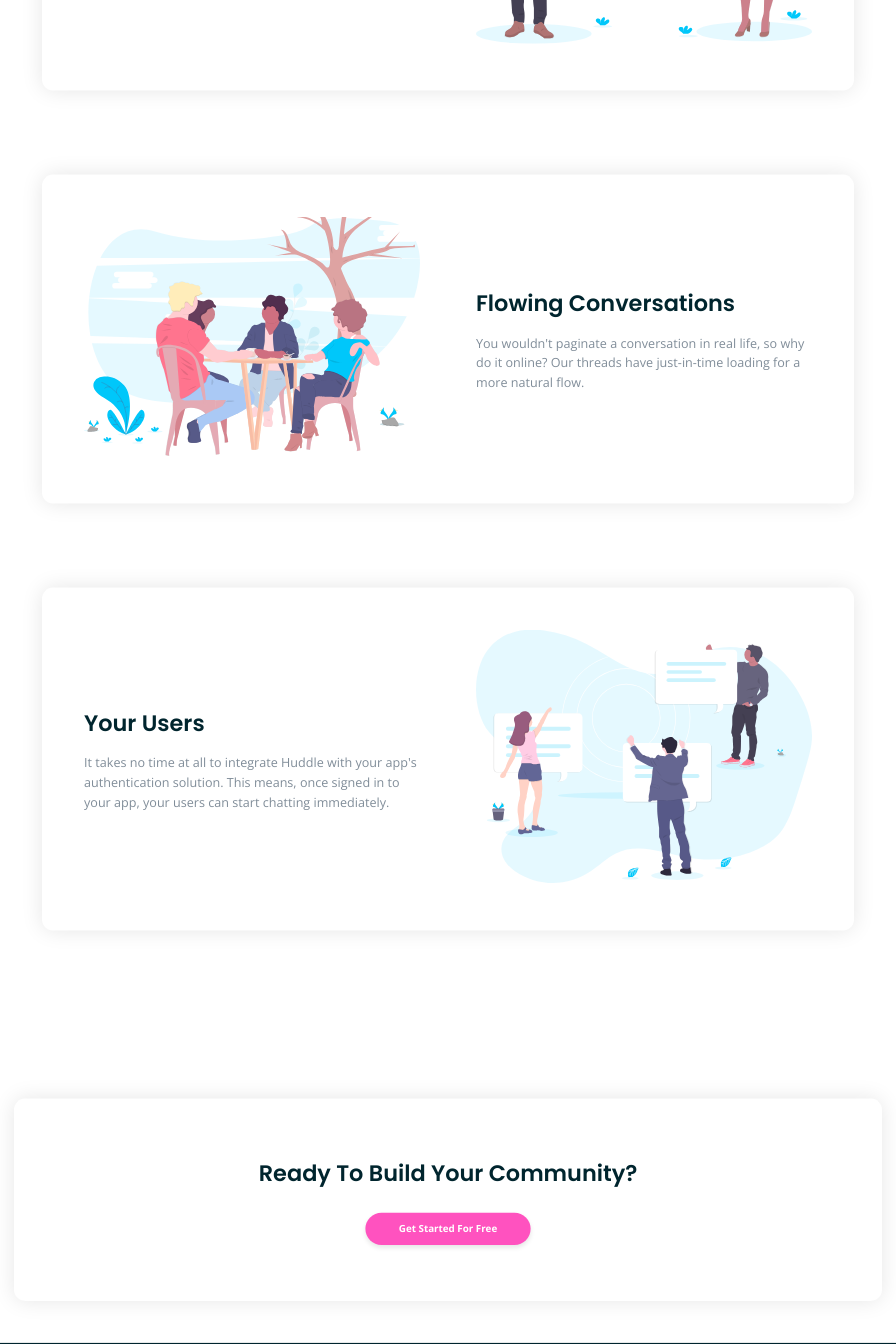
Repository: blordeus/huddle-landing-page
Page: index.html
These files come from the project's save history. The page is drawn as it stood at one moment and after the next save; the edit follows.
The browser window is 1280 px wide. The pictures show the part of the page from y = 1198 to 3118 px (the page is 3686 px tall before and 3506 px after), at 70% of full size.

Above is the page before, as saved 2025-07-01 11:08:44.

### index.html
<!DOCTYPE html>
<html lang="en">
<head>
  <meta charset="UTF-8">
  <meta name="viewport" content="width=device-width, initial-scale=1.0">
  <link rel="icon" type="image/png" sizes="32x32" href="./images/favicon-32x32.png">
  <title>Frontend Mentor | Huddle landing page with alternating feature blocks</title>

  <!-- Google Fonts -->
  <link rel="preconnect" href="https://fonts.googleapis.com">
  <link rel="preconnect" href="https://fonts.gstatic.com" crossorigin>
  <link href="https://fonts.googleapis.com/css2?family=Poppins:wght@600&family=Open+Sans:wght@400;700&display=swap" rel="stylesheet">
  <link rel="stylesheet" type="text/css" href="styles.css" />

  <!-- Font Awesome for social icons -->
  <link rel="stylesheet" href="https://cdnjs.cloudflare.com/ajax/libs/font-awesome/6.0.0/css/all.min.css">
</head>

<body>
  <!-- Header -->
  <header class="header">
    <div class="container">
      <div class="header-content">
        <img src="./images/logo.svg" alt="Logo">
        <a href="#" class="btn btn-outline">Try It Free</a>
      </div>
    </div>
  </header>

  <!-- Hero Section -->
  <section class="hero">
    <div class="container">
      <div class="hero-content">
        <div class="hero-text">
          <h1>Build The Community Your Fans Will Love</h1>
          <p>Huddle re-imagines the way we build communities. You have a voice, but so does your audience. Create connections with your users as you engage in genuine discussion.</p>
          <a href="#" class="btn">Get Started For Free</a>
        </div>
        <div class="hero-image">
          <img src="./images/illustration-mockups.svg" alt="Desktop and mobile chat interface showing community conversations">
        </div>
      </div>
    </div>
  </section>

  <!-- Features Section -->
  <section class="features">
    <div class="container">
      <div class="feature">
        <div class="feature-content">
          <h2>Grow Together</h2>
          <p>Generate meaningful discussions with your audience and build a strong, loyal community. Think of the insightful conversations you miss out on with a feedback form.</p>
        </div>
        <div class="feature-image">
          <img src="./images/illustration-grow-together.svg" alt="Illustration of people having meaningful conversations and building community">
        </div>
      </div>

      <div class="feature">
        <div class="feature-content">
          <h2>Flowing Conversations</h2>
          <p>You wouldn't paginate a conversation in real life, so why do it online? Our threads have just-in-time loading for a more natural flow.</p>
        </div>
        <div class="feature-image">
          <img src="./images/illustration-flowing-conversation.svg" alt="Illustration of natural flowing conversation interface with seamless chat threads">
        </div>
      </div>

      <div class="feature">
        <div class="feature-content">
          <h2>Your Users</h2>
          <p>It takes no time at all to integrate Huddle with your app's authentication solution. This means, once signed in to your app, your users can start chatting immediately.</p>
        </div>
        <div class="feature-image">
          <img src="./images/illustration-your-users.svg" alt="Illustration showing easy user authentication and immediate chat access">
        </div>
      </div>
    </div>
  </section>

  <!-- Call to Action -->
  <section class="cta">
    <div class="container">
      <h2>Ready To Build Your Community?</h2>
      <a href="#" class="btn">Get Started For Free</a>
    </div>
  </section>

  <!-- Footer -->
  <footer class="footer">
    <div class="container">
      <div class="footer-content">
        <div class="footer-info">
          <a href="#" class="footer-logo">
            <img src="./images/logo.svg" alt="">
          </a>
          <div class="contact-info">
            <div class="contact-item">
              <i class="fas fa-map-marker-alt"></i>
              <p>Lorem ipsum dolor sit amet, consectetur adipiscing elit, sed do eiusmod tempor incididunt ut labore et dolore magna aliqua</p>
            </div>
            <div class="contact-item">
              <i class="fas fa-phone"></i>
              <p>+1-543-123-4567</p>
            </div>
            <div class="contact-item">
              <i class="fas fa-envelope"></i>
              <p>example@huddle.com</p>
            </div>
          </div>
        </div>

        <div class="footer-links">
          <a href="#">About Us</a>
          <a href="#">What We Do</a>
          <a href="#">FAQ</a>
        </div>

        <div class="footer-links">
          <a href="#">Career</a>
          <a href="#">Blog</a>
          <a href="#">Contact Us</a>
        </div>

        <div class="social-icons">
          <a href="#" class="social-icon" aria-label="Facebook">
            <i class="fab fa-facebook-f"></i>
          </a>
          <a href="#" class="social-icon" aria-label="Twitter">
            <i class="fab fa-twitter"></i>
          </a>
          <a href="#" class="social-icon" aria-label="Instagram">
            <i class="fab fa-instagram"></i>
          </a>
        </div>
      </div>

      <div class="copyright">
        <p>&copy; Copyright 2018 Huddle. All rights reserved.</p>
      </div>
    </div>

    <p class="attribution">
      Challenge by <a href="https://www.frontendmentor.io?ref=challenge" target="_blank">Frontend Mentor</a>.
      Coded by <a href="#">Your Name Here</a>.
    </p>
  </footer>
</body>
</html>

### styles.css
    * {
      margin: 0;
      padding: 0;
      box-sizing: border-box;
    }

    body {
      font-family: 'Open Sans', sans-serif;
      font-size: 18px;
      line-height: 1.6;
      color: hsl(192, 100%, 9%);
    }

    .container {
      max-width: 1200px;
      margin: 0 auto;
      padding: 0 20px;
    }

    /* Header */
    .header {
      background: hsl(193, 100%, 96%);
      padding: 24px 0;
    }

    .header-content {
      display: flex;
      justify-content: space-between;
      align-items: center;
    }

    .header-content img {
      height: 40px;
    }

    .btn {
      background: hsl(322, 100%, 66%);
      color: white;
      border: none;
      padding: 12px 48px;
      border-radius: 24px;
      font-family: 'Open Sans', sans-serif;
      font-weight: 700;
      font-size: 14px;
      cursor: pointer;
      text-decoration: none;
      display: inline-block;
      transition: opacity 0.3s ease;
      box-shadow: 0 4px 8px rgba(0, 0, 0, 0.1);
    }

    .btn:hover {
      opacity: 0.8;
    }

    .btn-outline {
      background: white;
      box-shadow: 0 4px 8px rgba(0, 0, 0, 0.1);
      color: #00252E;
    }

    .btn-outline:hover {
      color: #808E9A;
    }

    /* Hero Section */
    .hero {
      background: hsl(199, 100%, 96%);
      background-image: url('./images/bg-hero.svg');
      background-size: cover;
      background-position: center;
      padding: 80px 0 120px;
    }

    .hero-content {
      display: grid;
      grid-template-columns: 1fr 1fr;
      gap: 80px;
      align-items: center;
    }

    .hero-text h1 {
      font-family: 'Poppins', sans-serif;
      font-weight: 600;
      font-size: 48px;
      line-height: 1.2;
      margin-bottom: 24px;
      color: hsl(192, 100%, 9%);
    }

    .hero-text p {
      font-size: 18px;
      color: hsl(192, 100%, 9%);
      margin-bottom: 32px;
      line-height: 1.6;
    }

    .hero-image {
      text-align: center;
    }

    .hero-image img {
      max-width: 100%;
      height: auto;
    }

    /* Features Section */
    .features {
      padding: 120px 0;
    }

    .feature {
      display: grid;
      grid-template-columns: 1fr 1fr;
      gap: 80px;
      align-items: center;
      margin-bottom: 120px;
      background: white;
      padding: 60px;
      border-radius: 16px;
      box-shadow: 0 0 30px rgba(0, 0, 0, 0.1);
    }

    .feature:nth-child(even) .feature-content {
      order: 2;
    }

    .feature:nth-child(even) .feature-image {
      order: 1;
    }

    .feature h2 {
      font-family: 'Poppins', sans-serif;
      font-weight: 600;
      font-size: 32px;
      margin-bottom: 16px;
      color: hsl(192, 100%, 9%);
    }

    .feature p {
      color: hsl(208, 11%, 55%);
      line-height: 1.6;
    }

    .feature-image {
      text-align: center;
    }

    .feature-image img {
      max-width: 100%;
      height: auto;
    }

    /* Call to Action */
    .cta {
      text-align: center;
      padding: 80px 0;
      background: white;
      margin: 0 20px;
      border-radius: 16px;
      box-shadow: 0 0 30px rgba(0, 0, 0, 0.1);
      position: relative;
      z-index: 2;
      margin-bottom: 60px; /* Overlap with features section */
    }

    .cta h2 {
      font-family: 'Poppins', sans-serif;
      font-weight: 600;
      font-size: 32px;
      margin-bottom: 32px;
      color: hsl(192, 100%, 9%);
    }

    /* Footer */
    .footer {
      background: hsl(192, 100%, 9%);
      color: white;
      padding: 120px 0 40px;
    }

    .footer-content {
      display: grid;
      grid-template-columns: 2fr 1fr 1fr 1fr;
      gap: 60px;
      margin-bottom: 40px;
    }

    .footer-logo {
      display: flex;
      align-items: center;
      gap: 8px;
      font-family: 'Poppins', sans-serif;
      font-weight: 600;
      font-size: 24px;
      color: white;
      text-decoration: none;
      margin-bottom: 24px;
    }

    .footer-logo .logo-icon {
      background: white;
      color: hsl(322, 100%, 66%);
    }

    .contact-info {
      display: flex;
      flex-direction: column;
      gap: 16px;
    }

    .contact-item {
      display: flex;
      align-items: flex-start;
      gap: 16px;
    }

    .contact-item i {
      margin-top: 4px;
      width: 16px;
    }

    .footer-links {
      display: flex;
      flex-direction: column;
      gap: 12px;
    }

    .footer-links a {
      color: white;
      text-decoration: none;
      transition: color 0.3s ease;
    }

    .footer-links a:hover {
      color: hsl(322, 100%, 66%);
    }

    .social-icons {
      display: flex;
      gap: 16px;
      justify-content: center;
    }

    .social-icon {
      width: 40px;
      height: 40px;
      border: 1px solid white;
      border-radius: 50%;
      display: flex;
      align-items: center;
      justify-content: center;
      color: white;
      text-decoration: none;
      transition: all 0.3s ease;
    }

    .social-icon:hover {
      color: hsl(322, 100%, 66%);
      border-color: hsl(322, 100%, 66%);
    }

    .copyright {
      text-align: center;
      font-size: 14px;
      color: hsl(208, 11%, 55%);
      padding-top: 40px;
      border-top: 1px solid hsl(208, 11%, 55%);
    }

    .attribution {
      font-size: 11px;
      text-align: center;
      margin-top: 20px;
    }

    .attribution a {
      color: hsl(228, 45%, 44%);
    }

    /* Responsive Design */
    @media (max-width: 768px) {
      .container {
        padding: 0 16px;
      }

      .hero {
        background-image: url('./images/bg-hero.svg');
      }

      .header-content {
        flex-direction: column;
        gap: 20px;
      }

      .hero-content {
        grid-template-columns: 1fr;
        gap: 40px;
        text-align: center;
      }

      .hero-text h1 {
        font-size: 32px;
      }

      .feature {
        grid-template-columns: 1fr;
        gap: 40px;
        padding: 40px 20px;
        text-align: center;
      }

      .feature:nth-child(even) .feature-content,
      .feature:nth-child(even) .feature-image {
        order: unset;
      }

      .footer-content {
        grid-template-columns: 1fr;
        gap: 40px;
        text-align: center;
      }

      .social-icons {
        justify-content: center;
      }

      .cta {
        margin: 0 16px;
        padding: 40px 20px;
      }

      .cta h2 {
        font-size: 24px;
      }
    }

After the next save:
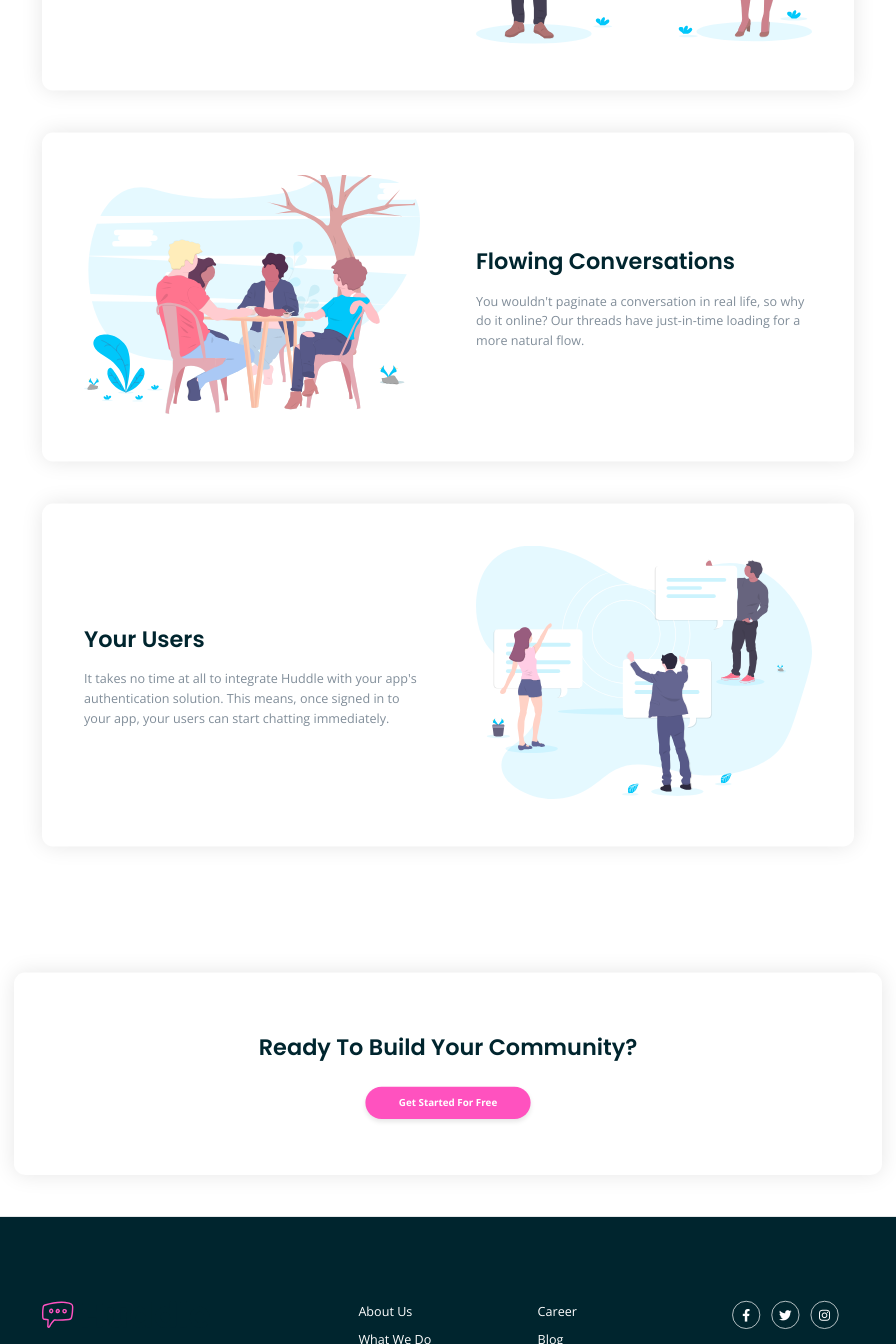
Saved 116 s later.
--- a/styles.css
+++ b/styles.css
@@ -114,7 +114,7 @@
       grid-template-columns: 1fr 1fr;
       gap: 80px;
       align-items: center;
-      margin-bottom: 120px;
+      margin-bottom: 60px;
       background: white;
       padding: 60px;
       border-radius: 16px;
